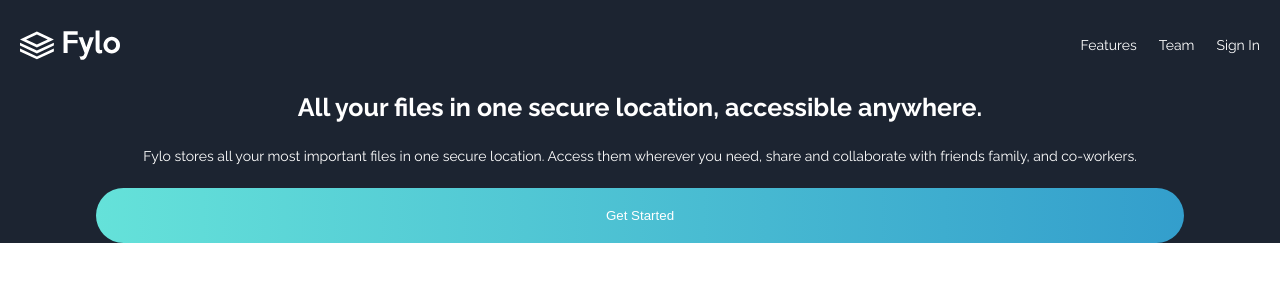
Repository: tomas938/fylo-dark-theme-landing-page-master
Page: index.html
The author's editor kept a copy of each file at every save. The page is drawn from the files as they stood at one save, then again after the next save.
The browser window is 1280 px wide. The pictures show the whole page.
The style sheet was rebuilt from its Sass, Less or Tailwind sources for each picture, by a compiler version that may differ from the author's.

Above is the page before, as saved 2021-08-05 12:01:21.

### index.html
<!DOCTYPE html>
<html lang="en">
	<head>
		<meta charset="UTF-8" />
		<meta name="viewport" content="width=device-width, initial-scale=1.0" />
		<link
			rel="icon"
			type="image/png"
			sizes="32x32"
			href="./images/favicon-32x32.png"
		/>
		<title>
			Frontend Mentor | Fylo landing page with dark theme and features grid
		</title>
		<link rel="stylesheet" href="/scss/main.css" />
	</head>
	<body>
		<section class="intro">
			<nav class="intro__navigation">
				<img src="/images/logo.svg" alt="" />
				<ul class="intro__navigation__links">
					<li><a href="#">Features</a></li>
					<li><a href="#">Team</a></li>
					<li><a href="#">Sign In</a></li>
				</ul>
			</nav>
			<div class="intro__description">
				<h1>All your files in one secure location, accessible anywhere.</h1>
				<p>
					Fylo stores all your most important files in one secure location.
					Access them wherever you need, share and collaborate with friends
					family, and co-workers.
				</p>
				<button class="blue-rounded">Get Started</button>
			</div>
		</section>
		Access your files, anywhere The ability to use a smartphone, tablet, or
		computer to access your account means your files follow you everywhere.
		Security you can trust 2-factor authentication and user-controlled
		encryption are just a couple of the security features we allow to help
		secure your files. Real-time collaboration Securely share files and folders
		with friends, family and colleagues for live collaboration. No email
		attachments required. Store any type of file Whether you're sharing holidays
		photos or work documents, Fylo has you covered allowing for all file types
		to be securely stored and shared. Stay productive, wherever you are Never
		let location be an issue when accessing your files. Fylo has you covered for
		all of your file storage needs. Securely share files and folders with
		friends, family and colleagues for live collaboration. No email attachments
		required. See how Fylo works Fylo has improved our team productivity by an
		order of magnitude. Since making the switch our team has become a well-oiled
		collaboration machine. Satish Patel Founder & CEO, Huddle Fylo has improved
		our team productivity by an order of magnitude. Since making the switch our
		team has become a well-oiled collaboration machine. Bruce McKenzie Founder &
		CEO, Huddle Fylo has improved our team productivity by an order of
		magnitude. Since making the switch our team has become a well-oiled
		collaboration machine. Iva Boyd Founder & CEO, Huddle Get early access today
		It only takes a minute to sign up and our free starter tier is extremely
		generous. If you have any questions, our support team would be happy to help
		you. Get Started For Free Lorem ipsum dolor sit amet, consectetur adipiscing
		elit, sed do eiusmod tempor incididunt ut labore et dolore magna aliqua
		+1-543-123-4567 example@fylo.com About Us Jobs Press Blog Contact Us Terms
		Privacy

		<footer></footer>
	</body>
</html>

### scss/main.scss
@import "./_partials/variables";
@import "./_partials/_reset";
@import "./_partials/_intro";

### scss/_partials/_variables.scss
// COLORS //

// ### Primary //

$intro-bg: hsl(217, 28%, 15%); // intro email sign up
$main-bg: hsl(218, 28%, 13%);
$footer-bg: hsl(216, 53%, 9%);
$testimonials-bg: hsl(219, 30%, 18%);

// ### Accent //

$cayn: hsl(176, 68%, 64%); //(inside call-to-action gradient)//
$blue: hsl(198, 60%, 50%); //(inside call-to-action gradient)//
$error: hsl(0, 100%, 63%);

// ### Neutral //

$white: hsl(0, 0%, 100%);

// FONTS //

// ### Headings, Call-to-actions, Header Navigation //

@import url("https://fonts.googleapis.com/css2?family=Raleway:wght@400;700&display=swap");

$heading-font: "Raleway", sans-serif;
$heading-light: 400;
$heading-bold: 700;

// ### Body //

@import url("https://fonts.googleapis.com/css2?family=Open+Sans:wght@400;700&family=Raleway:wght@400;700&display=swap");

$body-font: "Open Sans", sans-serif;
$body-light: 400;
$body-bold: 700;

### scss/_partials/_reset.scss
* {
	margin: 0;
	padding: 0;
	box-sizing: border-box;
}
body {
	color: $white;
	font-family: $body-font;
}
html {
	font-size: 62.5%;
	// @media only screen and (max-width: 375px) {
	// 	font-size: 92.5%;
	// }
}
a {
	text-decoration: none;
}
li {
	list-style: none;
}

### scss/_partials/_intro.scss
.intro {
	background-color: $intro-bg;
	font-family: $heading-font;
	&__navigation {
		padding: 3rem 2rem;
		display: flex;
		justify-content: space-between;
	}
	img {
		width: 10rem;
		height: 2.95rem;
	}
	&__navigation__links {
		display: flex;
		align-items: center;
	}
	li:not(:last-child) {
		margin-right: 2.2rem;
	}
	a {
		color: $white;

		font-weight: $heading-light;
		font-size: 1.4rem;
	}
	&__description {
		width: 85%;
		margin: auto;
		display: flex;
		flex-direction: column;
		grid-gap: 2rem;
	}
	h1 {
		font-size: 2.5rem;
		text-align: center;
		line-height: 3.5rem;
	}
	p {
		font-size: 1.4rem;
		line-height: 2.3rem;
		text-align: center;
	}
	.blue-rounded {
		border: none;
		outline: none;
		color: $white;
		background-image: linear-gradient(to right, $cayn, $blue);
		padding: 2rem 10rem;
		border-radius: 3rem;
	}
}

After the next save:
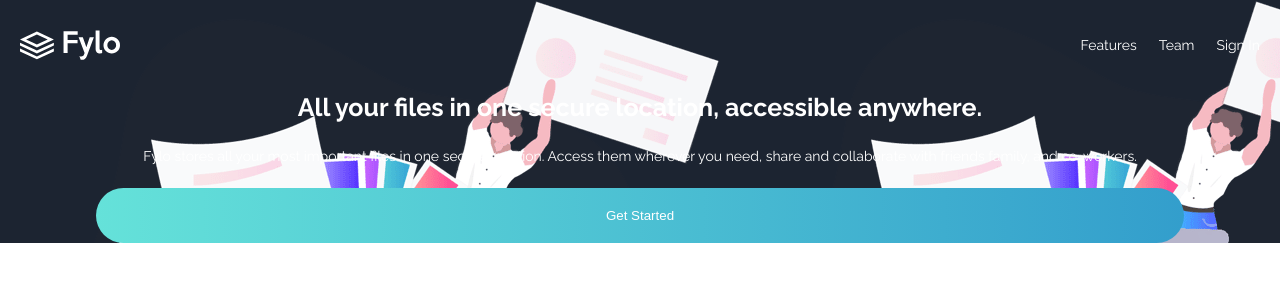
Saved 69 s later.
--- a/scss/_partials/_intro.scss
+++ b/scss/_partials/_intro.scss
@@ -1,6 +1,7 @@
 .intro {
 	background-color: $intro-bg;
 	font-family: $heading-font;
+	background-image: url(/images/illustration-intro.png);
 	&__navigation {
 		padding: 3rem 2rem;
 		display: flex;
